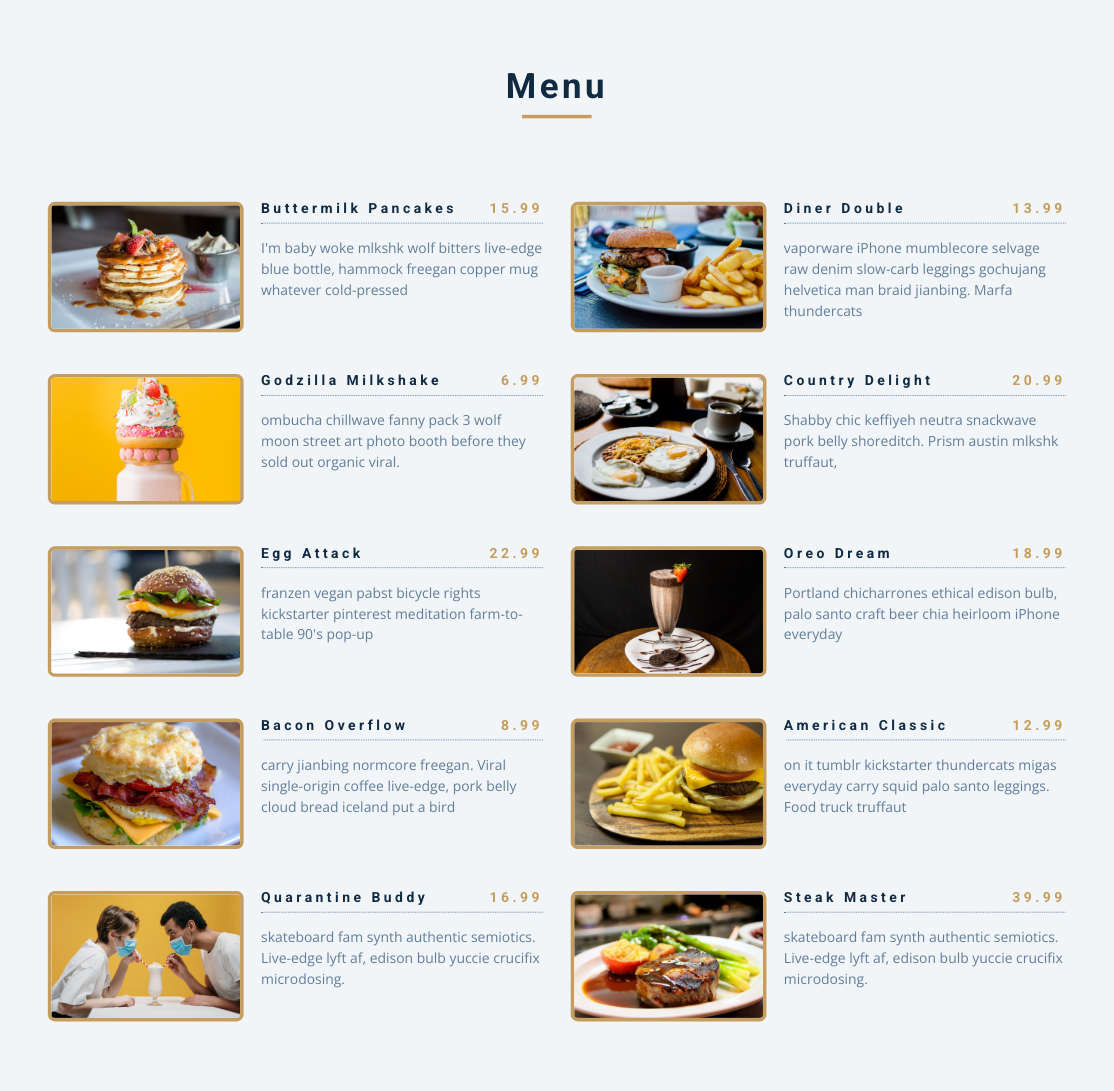
Repository: spidero7/Menu
Page: index.html
The author's editor kept a copy of each file at every save. The page is drawn from the files as they stood at one save, then again after a run of saves.
The browser window is 1280 px wide. The pictures show the whole page, at 87% of full size.
Some web libraries are served in a nearby version.

Above is the page before, as saved 2021-10-02 09:05:53.

After the next 3 saves:
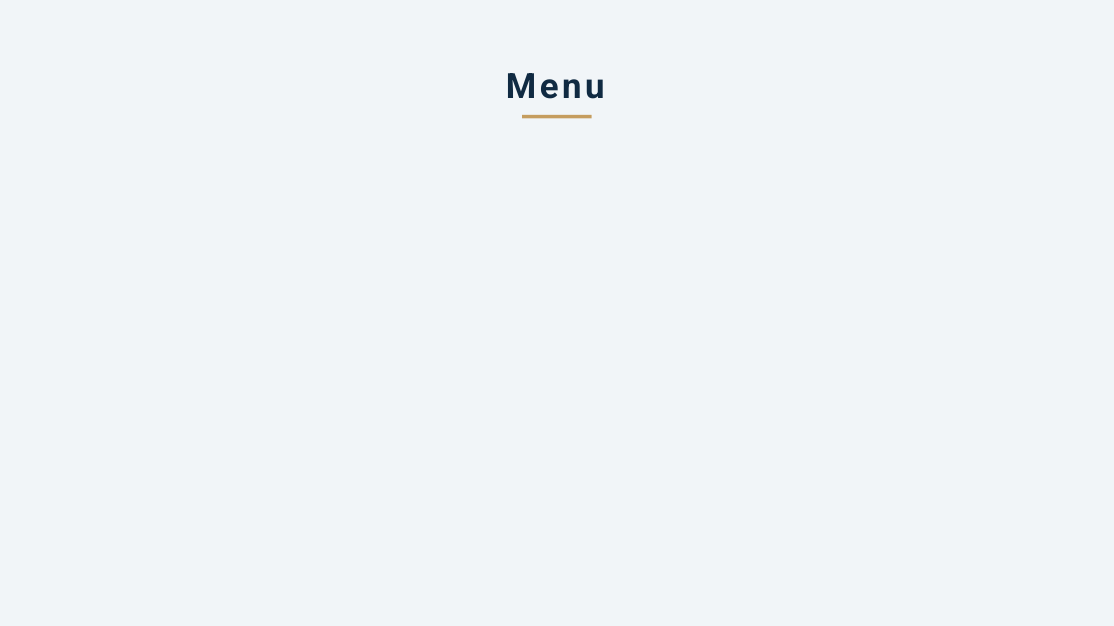
Console error: SyntaxError: Missing initializer in const declaration
The 3 saves are shown as one change because they came seconds apart.
The last was saved 10 s later.
--- a/app.js
+++ b/app.js
@@ -99,7 +99,7 @@
    return values;
  },['all']);
  //console.log(categories)
-
+const categoryButtons
 });
 
 // filter items

After the 2 saves that followed:
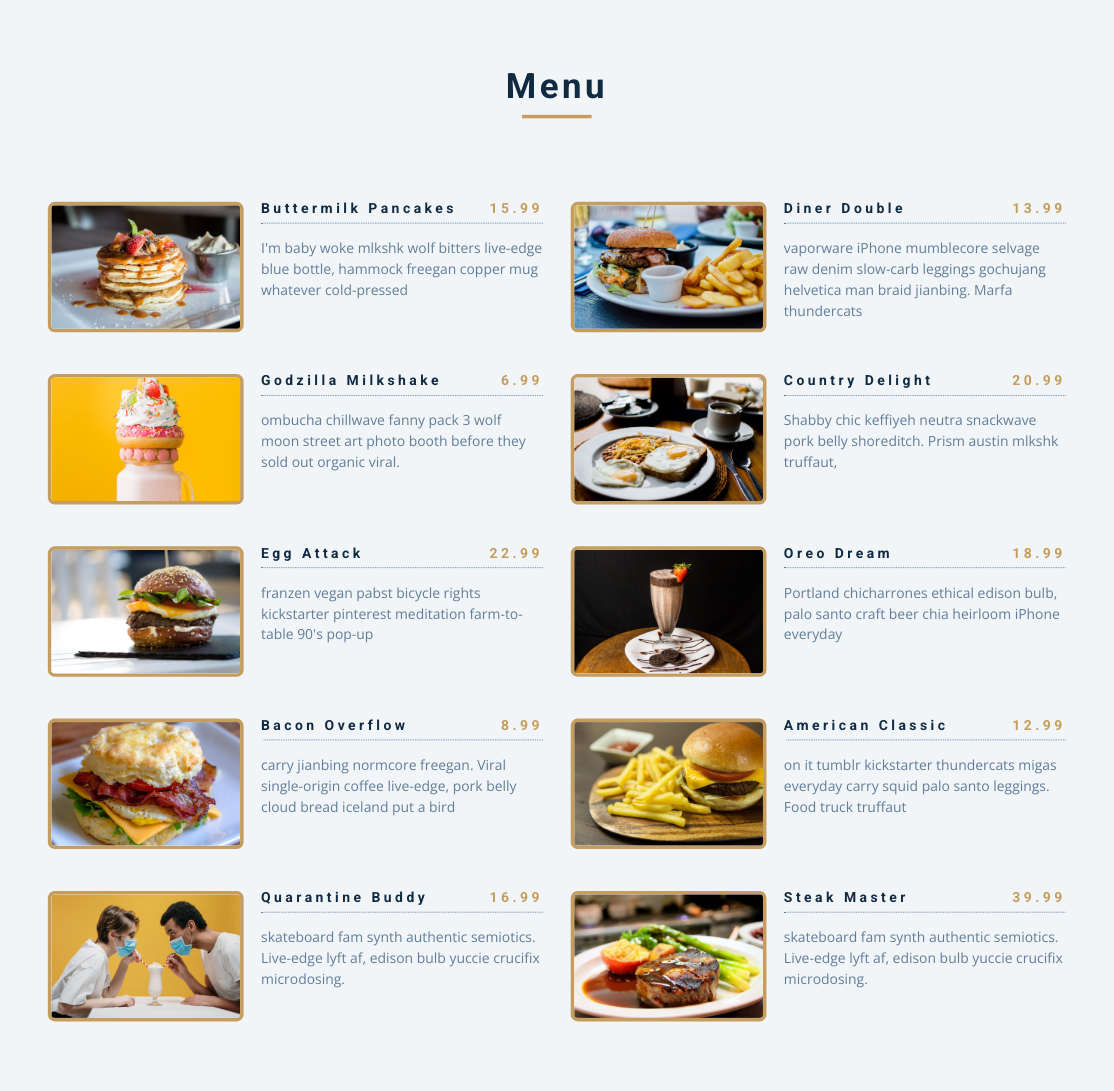
The error is gone.
The 2 saves are shown as one change because they came seconds apart.
The last was saved 5 s later.
--- a/app.js
+++ b/app.js
@@ -99,7 +99,7 @@
    return values;
  },['all']);
  //console.log(categories)
-const categoryButtons
+const categoryButtons = categories
 });
 
 // filter items
